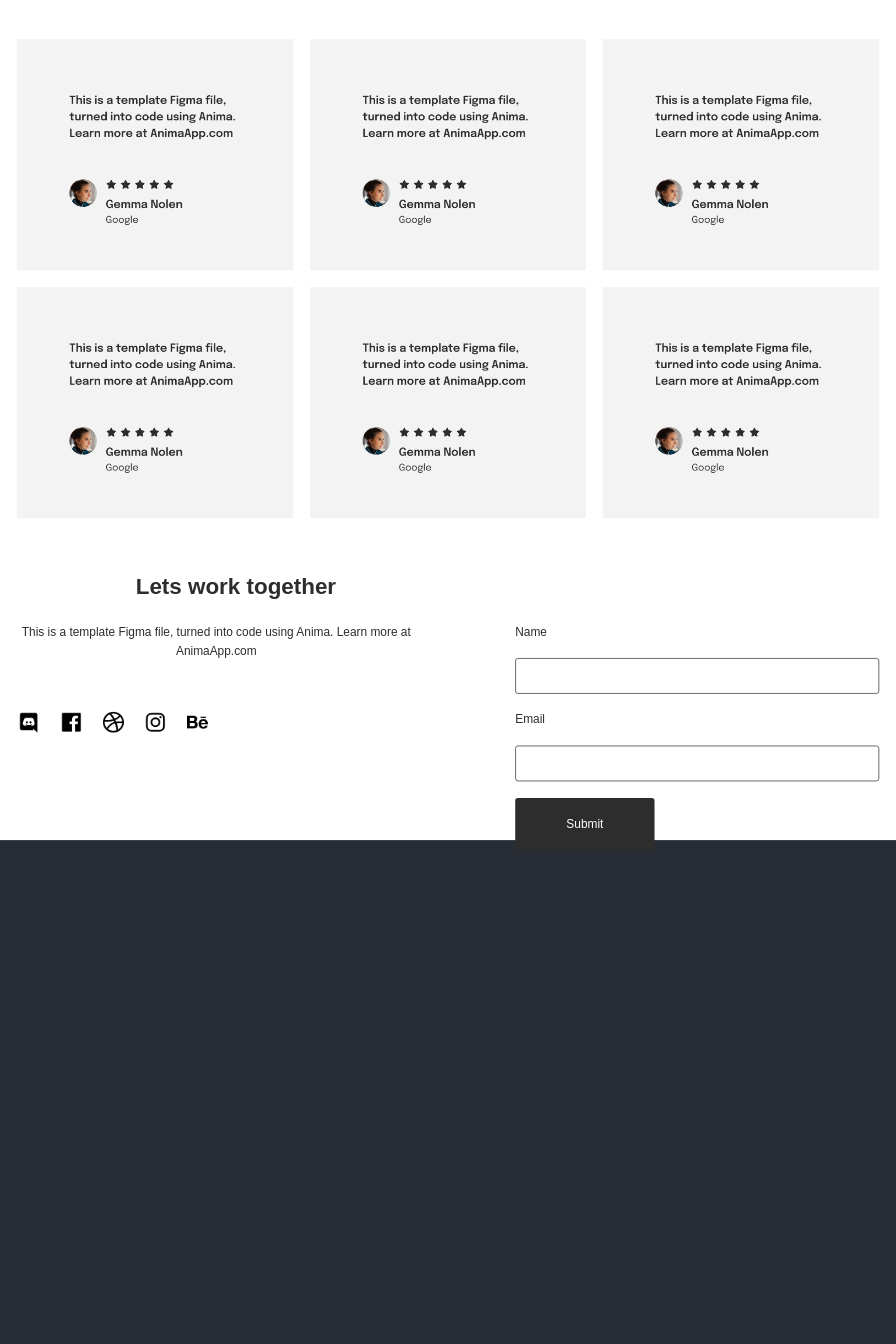
Repository: nida463/project-portofolio
Page: /
An editor plug-in stored every save of this project. The page is shown before and after the next save, followed by the edit.
The browser window is 1280 px wide. The pictures show the part of the page from y = 2193 to 4113 px (the page is 4113 px tall), at 70% of full size.
The project was rebuilt for these pictures with package versions that can differ from the ones it lists, and the page was loaded fresh each time.

Above is the page before, as saved 2024-09-18 11:43:44.

After the next save:
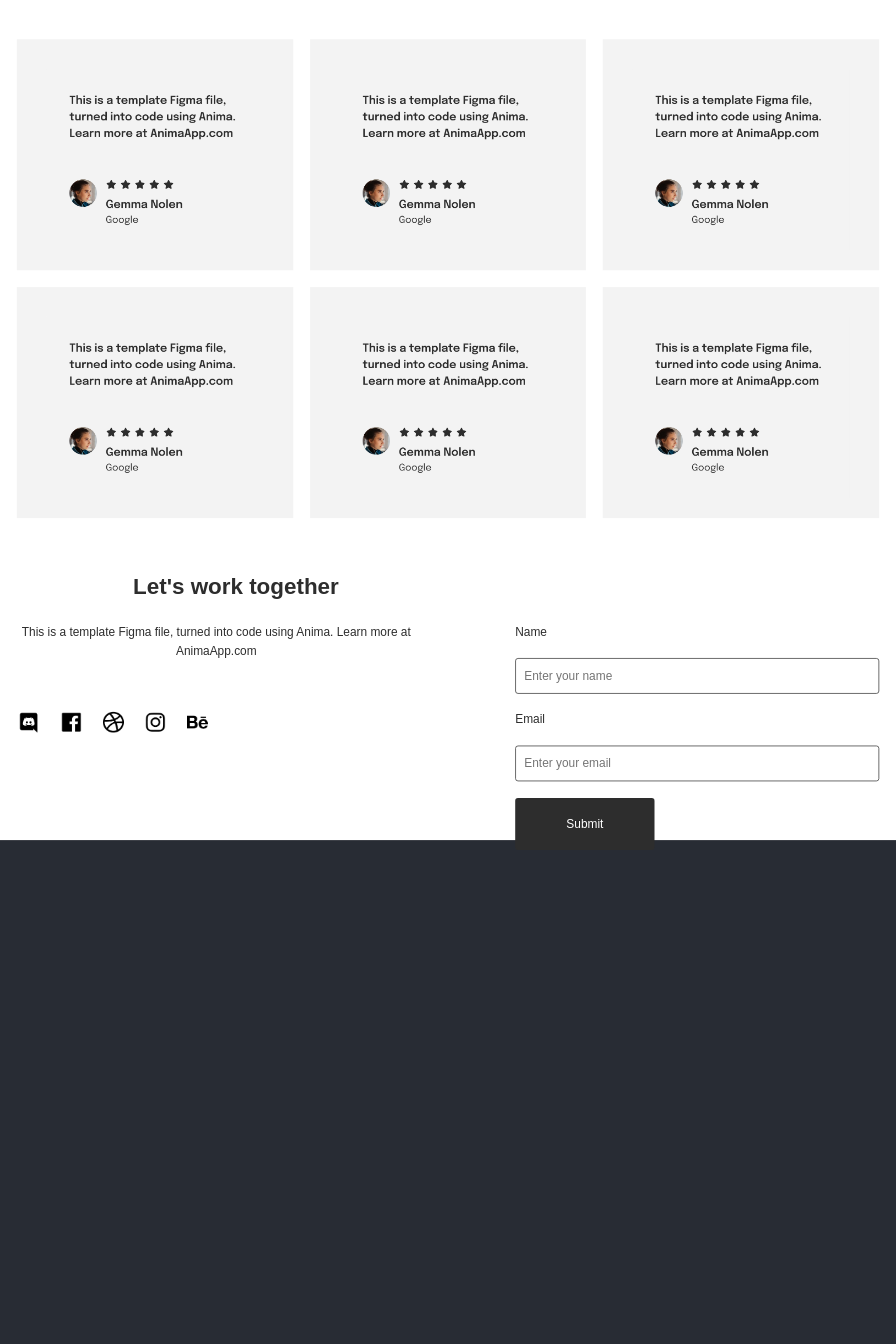
Saved 4 min 27 s later.
--- a/src/Components/Contact.js
+++ b/src/Components/Contact.js
@@ -1,12 +1,12 @@
-// src/components/Contact.js
 import React from 'react';
-import './Contact.css'; // Import CSS untuk Contact
+import './Contact.css'; // Pastikan CSS diimpor
 
 const Contact = () => {
   return (
     <section className="contact-section">
-      <h2 className="contact-title">Lets work together</h2>
+      <h2 className="contact-title">Let's work together</h2>
       <div className="contact-content">
+        {/* Contact Info */}
         <div className="contact-info">
           <p className="contact-description">
             This is a template Figma file, turned into code using Anima. Learn more at AnimaApp.com
@@ -19,14 +19,13 @@
             <img src="/img/behance.png" alt="Behance" className="social-icon" />
           </div>
         </div>
+        {/* Contact Form */}
         <div className="contact-form">
           <label htmlFor="name">Name</label>
-          <input type="text" id="name" name="name" required />
-
+          <input type="text" id="name" name="name" placeholder="Enter your name" />
           <label htmlFor="email">Email</label>
-          <input type="email" id="email" name="email" required />
-
-          <button type="submit" className="contact-button">Submit</button>
+          <input type="email" id="email" name="email" placeholder="Enter your email" />
+          <button className="contact-button" type="submit">Submit</button>
         </div>
       </div>
     </section>
